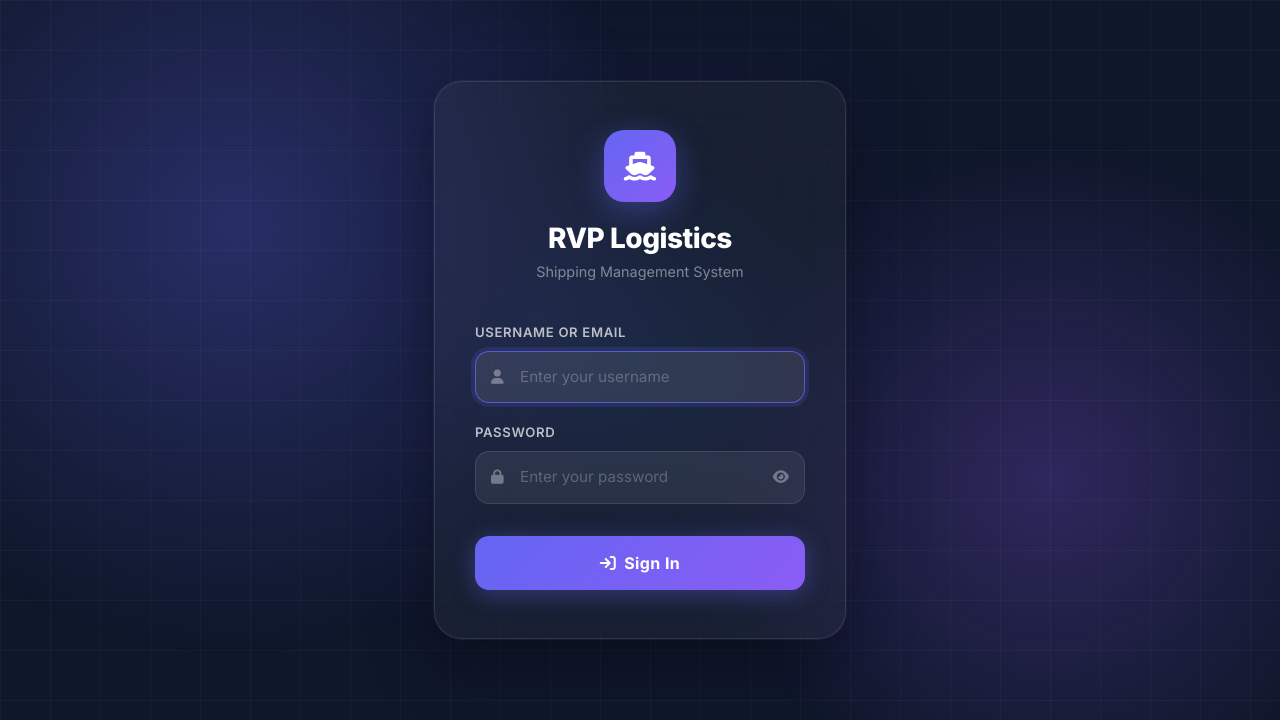
Repository: senteu254/logistics
Page: http://localhost/login.php
These files come from the project's save history. The page is drawn as it stood at one moment and after the next save; the edit follows.
The browser window is 1280 px wide. The pictures show the whole page.
The page is run by PHP 8.4 with error messages shown; the project is at /var/www/html/.

Above is the page before, as saved 2026-05-13 13:34:10.

### login.php
<?php
require_once 'config/database.php';

if (isset($_SESSION['user_id'])) {
    header('Location: dashboard.php');
    exit();
}

$error   = '';
$success = '';

if ($_SERVER['REQUEST_METHOD'] === 'POST') {
    $input    = trim($_POST['username'] ?? '');
    $password = $_POST['password'] ?? '';

    if (empty($input) || empty($password)) {
        $error = 'Please fill in all fields.';
    } else {
        $stmt = $pdo->prepare("SELECT * FROM users WHERE username = ? OR email = ? LIMIT 1");
        $stmt->execute([$input, $input]);
        $user = $stmt->fetch();

        if ($user && password_verify($password, $user['password'])) {
            $_SESSION['user_id']   = $user['id'];
            $_SESSION['username']  = $user['username'];
            $_SESSION['full_name'] = $user['full_name'];
            header('Location: dashboard.php');
            exit();
        } else {
            $error = 'Invalid username or password. Please try again.';
        }
    }
}
?>
<!DOCTYPE html>
<html lang="en">
<head>
    <meta charset="UTF-8">
    <meta name="viewport" content="width=device-width, initial-scale=1.0">
    <title>Sign In</title>

    <link href="https://cdn.jsdelivr.net/npm/bootstrap@5.3.2/dist/css/bootstrap.min.css" rel="stylesheet">
    <link href="https://cdnjs.cloudflare.com/ajax/libs/font-awesome/6.5.1/css/all.min.css" rel="stylesheet">
    <link href="https://fonts.googleapis.com/css2?family=Inter:wght@300;400;500;600;700;800&display=swap" rel="stylesheet">

    <style>
        * {
            margin: 0;
            padding: 0;
            box-sizing: border-box;
        }

        body {
            font-family: 'Inter', sans-serif;
            min-height: 100vh;
            display: flex;
            align-items: center;
            justify-content: center;
            background: #0f172a;
            overflow: hidden;
            position: relative;
        }

        /* Animated Background */
        .bg-animated {
            position: fixed;
            inset: 0;
            z-index: 0;
            overflow: hidden;
        }

        .bg-animated::before {
            content: '';
            position: absolute;
            width: 800px;
            height: 800px;
            background: radial-gradient(circle, rgba(99, 102, 241, 0.3) 0%, transparent 70%);
            top: -200px;
            left: -200px;
            animation: float1 8s ease-in-out infinite;
        }

        .bg-animated::after {
            content: '';
            position: absolute;
            width: 600px;
            height: 600px;
            background: radial-gradient(circle, rgba(139, 92, 246, 0.25) 0%, transparent 70%);
            bottom: -100px;
            right: -100px;
            animation: float2 10s ease-in-out infinite;
        }

        .bg-orb {
            position: absolute;
            width: 400px;
            height: 400px;
            background: radial-gradient(circle, rgba(59, 130, 246, 0.2) 0%, transparent 70%);
            top: 50%;
            left: 50%;
            transform: translate(-50%, -50%);
            animation: pulse 6s ease-in-out infinite;
        }

        @keyframes float1 {
            0%, 100% { transform: translate(0, 0) scale(1); }
            50% { transform: translate(40px, 30px) scale(1.1); }
        }

        @keyframes float2 {
            0%, 100% { transform: translate(0, 0) scale(1); }
            50% { transform: translate(-30px, -40px) scale(1.15); }
        }

        @keyframes pulse {
            0%, 100% { opacity: 0.5; transform: translate(-50%, -50%) scale(1); }
            50% { opacity: 0.8; transform: translate(-50%, -50%) scale(1.1); }
        }

        /* Grid Lines */
        .bg-grid {
            position: fixed;
            inset: 0;
            z-index: 0;
            background-image:
                linear-gradient(rgba(255,255,255,0.03) 1px, transparent 1px),
                linear-gradient(90deg, rgba(255,255,255,0.03) 1px, transparent 1px);
            background-size: 50px 50px;
        }

        /* Login Card */
        .login-wrapper {
            position: relative;
            z-index: 10;
            width: 100%;
            max-width: 460px;
            padding: 1.5rem;
            animation: slideUp 0.7s cubic-bezier(0.22, 1, 0.36, 1);
        }

        @keyframes slideUp {
            from { opacity: 0; transform: translateY(40px); }
            to   { opacity: 1; transform: translateY(0); }
        }

        .login-card {
            background: rgba(255, 255, 255, 0.04);
            backdrop-filter: blur(40px);
            -webkit-backdrop-filter: blur(40px);
            border: 1px solid rgba(255, 255, 255, 0.1);
            border-radius: 28px;
            padding: 3rem 2.5rem;
            box-shadow:
                0 0 0 1px rgba(255,255,255,0.05),
                0 20px 60px rgba(0,0,0,0.5),
                0 0 100px rgba(99,102,241,0.1);
        }

        /* Brand */
        .brand {
            text-align: center;
            margin-bottom: 2.5rem;
        }

        .brand-icon {
            width: 72px;
            height: 72px;
            background: linear-gradient(135deg, #6366f1, #8b5cf6);
            border-radius: 20px;
            display: flex;
            align-items: center;
            justify-content: center;
            margin: 0 auto 1.25rem;
            font-size: 1.8rem;
            color: white;
            box-shadow: 0 8px 32px rgba(99, 102, 241, 0.4);
        }

        .brand h1 {
            color: white;
            font-size: 1.75rem;
            font-weight: 800;
            letter-spacing: -0.5px;
            margin-bottom: 0.35rem;
        }

        .brand p {
            color: rgba(255,255,255,0.45);
            font-size: 0.9rem;
            font-weight: 400;
        }

        /* Form Labels */
        .field-label {
            display: block;
            color: rgba(255,255,255,0.7);
            font-size: 0.82rem;
            font-weight: 600;
            letter-spacing: 0.05em;
            text-transform: uppercase;
            margin-bottom: 0.5rem;
        }

        /* Input Fields */
        .input-wrapper {
            position: relative;
            margin-bottom: 1.25rem;
        }

        .input-icon {
            position: absolute;
            left: 16px;
            top: 50%;
            transform: translateY(-50%);
            color: rgba(255,255,255,0.35);
            font-size: 0.9rem;
            z-index: 2;
            pointer-events: none;
        }

        .form-input {
            width: 100%;
            background: rgba(255,255,255,0.07);
            border: 1.5px solid rgba(255,255,255,0.1);
            border-radius: 14px;
            padding: 14px 16px 14px 44px;
            color: white;
            font-family: 'Inter', sans-serif;
            font-size: 0.95rem;
            font-weight: 400;
            transition: all 0.3s ease;
            outline: none;
        }

        .form-input::placeholder {
            color: rgba(255,255,255,0.25);
        }

        .form-input:focus {
            border-color: rgba(99, 102, 241, 0.8);
            background: rgba(255,255,255,0.09);
            box-shadow: 0 0 0 4px rgba(99, 102, 241, 0.15);
        }

        .toggle-password {
            position: absolute;
            right: 16px;
            top: 50%;
            transform: translateY(-50%);
            background: none;
            border: none;
            color: rgba(255,255,255,0.35);
            cursor: pointer;
            padding: 0;
            font-size: 0.9rem;
            transition: color 0.2s;
        }

        .toggle-password:hover {
            color: rgba(255,255,255,0.7);
        }

        /* Error Alert */
        .alert-error {
            background: rgba(239, 68, 68, 0.12);
            border: 1px solid rgba(239, 68, 68, 0.3);
            border-radius: 14px;
            padding: 14px 16px;
            color: #fca5a5;
            font-size: 0.88rem;
            font-weight: 500;
            display: flex;
            align-items: center;
            gap: 10px;
            margin-bottom: 1.5rem;
            animation: shake 0.4s ease;
        }

        @keyframes shake {
            0%, 100% { transform: translateX(0); }
            25% { transform: translateX(-6px); }
            75% { transform: translateX(6px); }
        }

        /* Sign In Button */
        .btn-signin {
            width: 100%;
            background: linear-gradient(135deg, #6366f1 0%, #8b5cf6 100%);
            color: white;
            border: none;
            border-radius: 14px;
            padding: 15px;
            font-family: 'Inter', sans-serif;
            font-size: 1rem;
            font-weight: 700;
            letter-spacing: 0.025em;
            cursor: pointer;
            transition: all 0.3s cubic-bezier(0.4, 0, 0.2, 1);
            box-shadow: 0 4px 24px rgba(99, 102, 241, 0.4);
            margin-top: 0.75rem;
            position: relative;
            overflow: hidden;
        }

        .btn-signin::before {
            content: '';
            position: absolute;
            inset: 0;
            background: linear-gradient(135deg, #818cf8 0%, #a78bfa 100%);
            opacity: 0;
            transition: opacity 0.3s;
        }

        .btn-signin:hover::before {
            opacity: 1;
        }

        .btn-signin:hover {
            transform: translateY(-2px);
            box-shadow: 0 8px 32px rgba(99, 102, 241, 0.55);
        }

        .btn-signin:active {
            transform: translateY(0);
        }

        .btn-signin span {
            position: relative;
            z-index: 1;
            display: flex;
            align-items: center;
            justify-content: center;
            gap: 8px;
        }

        /* Divider */
        .divider {
            display: flex;
            align-items: center;
            gap: 12px;
            margin: 1.5rem 0;
        }

        .divider-line {
            flex: 1;
            height: 1px;
            background: rgba(255,255,255,0.08);
        }

        .divider-text {
            color: rgba(255,255,255,0.3);
            font-size: 0.8rem;
            font-weight: 500;
        }

        /* Footer text */
        .login-footer {
            text-align: center;
            margin-top: 2rem;
            color: rgba(255,255,255,0.25);
            font-size: 0.8rem;
        }

        /* Credentials hint */
        .credentials-hint {
            background: rgba(99, 102, 241, 0.08);
            border: 1px solid rgba(99, 102, 241, 0.2);
            border-radius: 12px;
            padding: 12px 16px;
            margin-bottom: 1.5rem;
            font-size: 0.82rem;
            color: rgba(255,255,255,0.5);
            text-align: center;
        }

        .credentials-hint strong {
            color: rgba(165, 180, 252, 0.9);
        }
    </style>
</head>
<body>

    <!-- Animated Background -->
    <div class="bg-animated">
        <div class="bg-orb"></div>
    </div>
    <div class="bg-grid"></div>

    <!-- Login Card -->
    <div class="login-wrapper">
        <div class="login-card">

            <!-- Brand -->
            <div class="brand">
                <div class="brand-icon">
                    <i class="fas fa-ship"></i>
                </div>
                <h1>RVP Logistics</h1>
                <p>Shipping Management System</p>
            </div>

            <!-- Error Alert -->
            <?php if ($error): ?>
            <div class="alert-error">
                <i class="fas fa-circle-exclamation"></i>
                <?php echo htmlspecialchars($error); ?>
            </div>
            <?php endif; ?>

            <!-- Credentials Hint -->
            <!-- <div class="credentials-hint">
                <i class="fas fa-info-circle me-1"></i>
                Default: <strong>admin</strong> / <strong>admin123</strong>
            </div> -->

            <!-- Login Form -->
            <form method="POST" action="" novalidate>

                <div style="margin-bottom: 1.25rem;">
                    <label class="field-label">Username or Email</label>
                    <div class="input-wrapper">
                        <i class="fas fa-user input-icon"></i>
                        <input
                            type="text"
                            name="username"
                            class="form-input"
                            placeholder="Enter your username"
                            value="<?php echo htmlspecialchars($_POST['username'] ?? ''); ?>"
                            required
                            autofocus
                        >
                    </div>
                </div>

                <div style="margin-bottom: 0.5rem;">
                    <label class="field-label">Password</label>
                    <div class="input-wrapper">
                        <i class="fas fa-lock input-icon"></i>
                        <input
                            type="password"
                            name="password"
                            id="passwordField"
                            class="form-input"
                            placeholder="Enter your password"
                            required
                        >
                        <button
                            type="button"
                            class="toggle-password"
                            onclick="togglePassword()"
                            id="toggleBtn"
                        >
                            <i class="fas fa-eye" id="eyeIcon"></i>
                        </button>
                    </div>
                </div>

                <button type="submit" class="btn-signin">
                    <span>
                        <i class="fas fa-arrow-right-to-bracket"></i>
                        Sign In
                    </span>
                </button>

            </form>

            <!-- Footer -->
            <!-- <div class="login-footer">
                <i class="fas fa-shield-halved me-1"></i>
                Secure Login &nbsp;·&nbsp; BL Manager v2.0
            </div>

        </div>
    </div> -->

    <script src="https://cdn.jsdelivr.net/npm/bootstrap@5.3.2/dist/js/bootstrap.bundle.min.js"></script>
    <script>
        function togglePassword() {
            const field   = document.getElementById('passwordField');
            const icon    = document.getElementById('eyeIcon');
            const isHidden = field.type === 'password';
            field.type    = isHidden ? 'text' : 'password';
            icon.className = isHidden ? 'fas fa-eye-slash' : 'fas fa-eye';
        }

        // Add loading state on submit
        document.querySelector('form').addEventListener('submit', function () {
            const btn = document.querySelector('.btn-signin');
            btn.innerHTML = `<span><i class="fas fa-spinner fa-spin"></i> Signing in...</span>`;
            btn.disabled = true;
        });
    </script>
</body>
</html>

### config/database.php
<?php
define('BASE_URL', '/rvp-logistics/'); // Change 'bl' to your folder name
$host     = 'localhost';
$dbname   = 'bill_of_lading';
$db_user  = 'root';   // Change to your MySQL username
$db_pass  = 'schlumberger';       // Change to your MySQL password

try {
    $pdo = new PDO(
        "mysql:host=$host;dbname=$dbname;charset=utf8",
        $db_user,
        $db_pass,
        [
            PDO::ATTR_ERRMODE            => PDO::ERRMODE_EXCEPTION,
            PDO::ATTR_DEFAULT_FETCH_MODE => PDO::FETCH_ASSOC,
            PDO::ATTR_EMULATE_PREPARES   => false,
        ]
    );
} catch (PDOException $e) {
    die(json_encode(['error' => 'DB Connection failed: ' . $e->getMessage()]));
}

if (session_status() === PHP_SESSION_NONE) {
    session_start();
}
?>

After the next save:
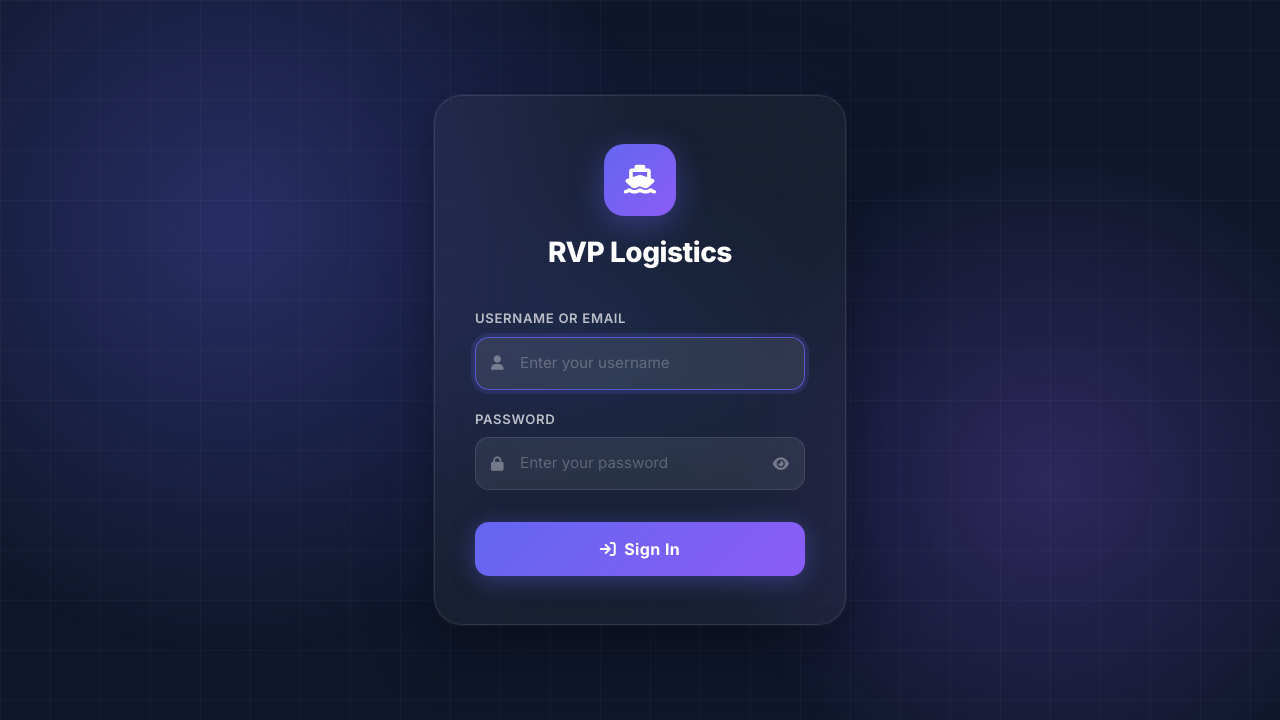
Saved 30 s later.
--- a/login.php
+++ b/login.php
@@ -396,7 +396,7 @@ if ($_SERVER['REQUEST_METHOD'] === 'POST') {
                     <i class="fas fa-ship"></i>
                 </div>
                 <h1>RVP Logistics</h1>
-                <p>Shipping Management System</p>
+                <!-- <p>Shipping Management System</p> -->
             </div>
 
             <!-- Error Alert -->
